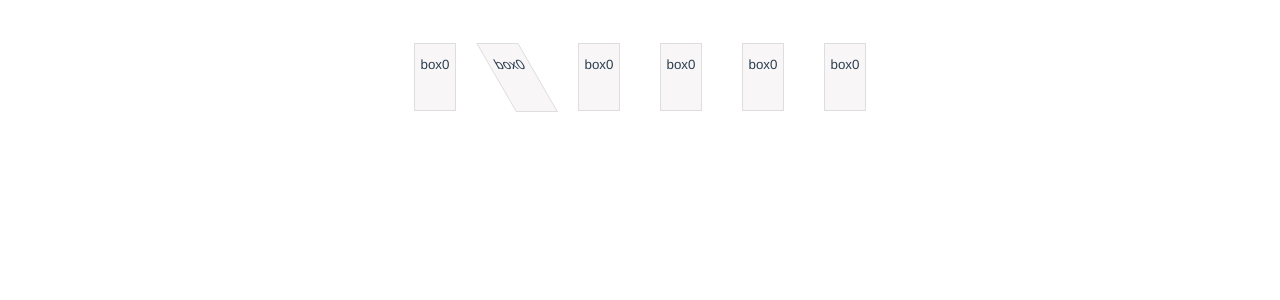
Repository: Yolanda0007/IFE-transition-demo
Page: /#/transform
These files come from the project's save history. The page is drawn as it stood at one moment and after the next save; the edit follows.
The browser window is 1280 px wide. The pictures show the whole page.
The project was rebuilt for these pictures with package versions that can differ from the ones it lists, and the page was loaded fresh each time. Also part of the build but not shown: src/components/HelloWorld.vue, src/components/Area.vue.

Above is the page before, as saved 2018-10-26 15:13:34.

### src/App.vue
<template>
  <div id="app">
    <router-view/>
  </div>
</template>

<script>
export default {
  name: 'App',
  methods: {
    rem () {
      var html = document.documentElement
      var width = Math.min(html.getBoundingClientRect().width, 500)
      var fontSize = width * 100 / 750 + 'px'
      html.style.fontSize = fontSize
    }
  },
  beforeMount () {
    this.rem()
  },
  mounted () {
    // window.onresize = function () { this.rem() }
  }
}
</script>

<style>
#app {
  font-family: 'Avenir', Helvetica, Arial, sans-serif;
  -webkit-font-smoothing: antialiased;
  -moz-osx-font-smoothing: grayscale;
  text-align: center;
  color: #2c3e50;
}
</style>

### src/router/index.js
import Vue from 'vue'
import Router from 'vue-router'
import HelloWorld from '@/components/HelloWorld'
import Area from '@/components/Area'
import transform from '@/components/transform'

Vue.use(Router)

export default new Router({
  routes: [
    {
      path: '/hello',
      name: 'HelloWorld',
      component: HelloWorld
    },
    {
      path: '/area',
      name: 'Area',
      component: Area
    },
    {
      path: '/transform',
      name: 'transform',
      component: transform
    }
  ]
})

### src/components/transform.vue
<template>
  <div class="container">
    <div class="box-0">box0</div>
    <div class="box-0 skew">box0</div>
    <div class="box-0 scale">box0</div>
    <div class="box-0 rotate">box0</div>
    <div class="box-0 translate">box0</div>
    <div class="box-0 matrix">box0</div>
  </div>
</template>
<script>
export default {
  name: 'transform'
}
</script>
<style lang="scss" scoped>
@import '../assets/scss/rem.scss';
  .box-0{
    width: rem(60);
    height: rem(60);
    border: 1px solid #dedede;
    background-color: #f8f6f7;
    display: inline-block;
    margin: rem(30);
    font-size: rem(20);
    text-align: center;
    line-height: normal;
    padding: rem(20) 0;
  }

  .skew{
    transform: skew(30deg);
  }
</style>

### src/assets/scss/rem.scss
@function rem($px) {
  @return $px / 100 + rem
}

Loaded but not shown: index.html (common file); src/main.js (common file)

After the next save:
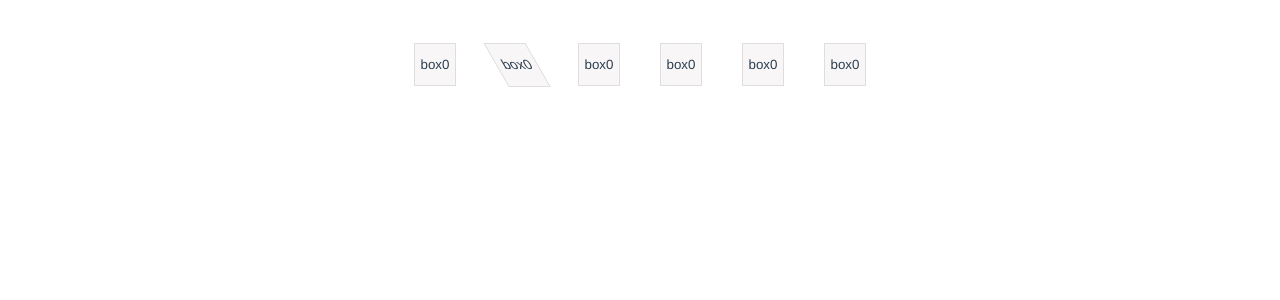
Saved 9 s later.
--- a/src/components/transform.vue
+++ b/src/components/transform.vue
@@ -17,7 +17,6 @@
 @import '../assets/scss/rem.scss';
   .box-0{
     width: rem(60);
-    height: rem(60);
     border: 1px solid #dedede;
     background-color: #f8f6f7;
     display: inline-block;
